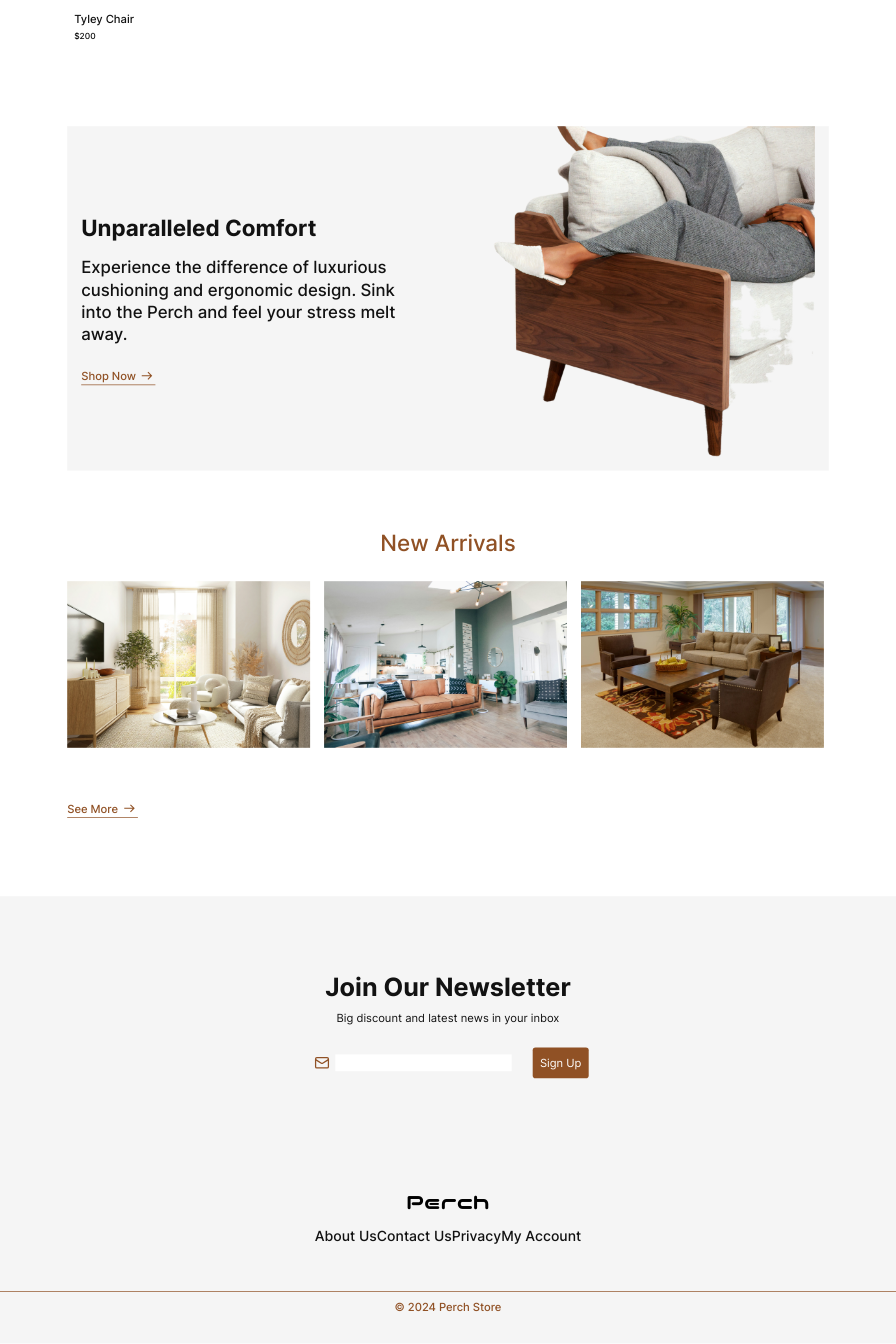
Repository: abdulmalikyusuf/HNG11-Stage02
Page: /
An editor plug-in stored every save of this project. The page is shown before and after the next save, followed by the edit.
The browser window is 1280 px wide. The pictures show the part of the page from y = 1885 to 3805 px (the page is 3805 px tall), at 70% of full size.
The project was rebuilt for these pictures with package versions that can differ from the ones it lists, and the page was loaded fresh each time. Also part of the build but not shown: vite.config.ts.

Above is the page before, as saved 2024-07-07 16:54:56.

### index.html
<!DOCTYPE html>
<html lang="en">
  <head>
    <meta charset="UTF-8" />
    <!-- <link rel="icon" type="image/svg+xml" href="/vite.svg" /> -->
    <meta name="viewport" content="width=device-width, initial-scale=1.0" />
    <title>Pearch E-Commerce App</title>
  </head>
  <body>
    <div id="root"></div>
    <script type="module" src="/src/main.tsx"></script>
  </body>
</html>

### src/App.tsx
import { createBrowserRouter, RouterProvider } from "react-router-dom";

import RootLayout from "@/routes/root";
import IndexPage from "@/routes";
import "./App.css";

const router = createBrowserRouter([
  {
    path: "/",
    element: <RootLayout />,
    // errorElement: <ErrorPage />,
    children: [
      {
        index: true,
        element: <IndexPage />,
      },
      {
        path: "cart",
        element: <p>Cart</p>,
      },
      {
        path: "checkout",
        element: <p>Checkout</p>,
      },
    ],
  },
]);

function App() {
  return <RouterProvider router={router} />;
}

export default App;

### src/index.css
:root {
  font-family: Inter, system-ui, Avenir, Helvetica, Arial, sans-serif;
  line-height: 1.5;
  font-weight: 400;

  color-scheme: light dark;
  /* color: rgba(255, 255, 255, 0.87);
  background-color: #242424; */

  font-synthesis: none;
  text-rendering: optimizeLegibility;
  -webkit-font-smoothing: antialiased;
  -moz-osx-font-smoothing: grayscale;
}
@font-face {
  font-family: Inter;
  src: url(fonts/Inter.ttf) format("truetype");
}
@font-face {
  font-family: SpaceGrotesk;
  src: url(fonts/SpaceGrotesk.ttf) format("truetype");
}
@font-face {
  font-family: NicoMoji;
  src: url(fonts/NicoMoji-Regular.ttf) format("truetype");
}

### src/routes/root.tsx
import { Outlet } from "react-router-dom";

import Footer from "@/components/footer";
import Header from "@/components/header";

function RootLayout() {
  return (
    <>
      <Header />
      <Outlet />
      <div className="flow-root">
        <Footer />
      </div>
    </>
  );
}

export default RootLayout;

### src/routes/index.tsx
import { Link } from "react-router-dom";

import ChairHero from "@/assets/img/83417461_Slipper -2 1.png";
import Chair1 from "@/assets/img/vertical-shot-wooden-chair-white 1.png";
import Chair2 from "@/assets/img/83419490_Wingback Chair -4.png";
import Chair3 from "@/assets/img/7043761_861.png";
import BannerImage from "@/assets/img/unsplash_348dJPXEFHk.png";
import MoreChairImage1 from "@/assets/img/unsplash_Kh4tedFdHz4.png";
import MoreChairImage2 from "@/assets/img/unsplash_L7EwHkq1B2s.png";
import MoreChairImage3 from "@/assets/img/unsplash_Gh_UjjYoVwk.png";

function IndexPage() {
  return (
    <>
      <div className="flex items-center gap-24 bg-[#F5F5F5] px-[100px] py-13">
        <div className="flex flex-col gap-24">
          <div className="text-6xl font-bold">
            <h2 className="text-black">Elevate Your</h2>
            <h2 className="uppercase text-primary">comfort</h2>
          </div>
          <div className="font-semibold text-xl leading-6 flex flex-col gap-6">
            <p className="">Want comfort and style? Perch is for you.</p>
            <p className="text-primary">See collection</p>
          </div>
        </div>
        <div className="flex-1">
          <img src={ChairHero} alt="A chair from pearch website" className="" />
        </div>
      </div>
      <div className="px-24 flex flex-col gap-20 mb-28">
        <div className="py-[88px]">
          <div className="grid grid-cols-2 grid-rows-2 items-stretch gap-x-5 gap-y-6">
            <div className="row-span-2">
              <div className="p-[30px] bg-miscellaneous flex flex-col">
                <div className="flex-1 flex flex-col gap-3">
                  <h5 className="text-[28px] font-semibold">Scandinavian</h5>
                  <Link
                    to=""
                    className="w-fit font-medium text-primary border-b border-primary inline-flex items-center gap-1"
                  >
                    Shop Now{" "}
                    <span className="">
                      <svg
                        xmlns="http://www.w3.org/2000/svg"
                        width="24"
                        height="25"
                        viewBox="0 0 24 25"
                        fill="none"
                      >
                        <mask
                          id="mask0_18_143"
                          style={{ maskType: "alpha" }}
                          maskUnits="userSpaceOnUse"
                          x="0"
                          y="0"
                          width="24"
                          height="25"
                        >
                          <rect y="0.5" width="24" height="24" fill="#D9D9D9" />
                        </mask>
                        <g mask="url(#mask0_18_143)">
                          <path
                            d="M13.8462 18.1538L12.7923 17.0693L16.6115 13.25H4.5V11.75H16.6115L12.7923 7.93075L13.8462 6.84625L19.5 12.5L13.8462 18.1538Z"
                            fill="#905125"
                          />
                        </g>
                      </svg>
                    </span>
                  </Link>
                </div>
                <div className="self-end -mt-20">
                  <img src={Chair1} alt="" className="" />
                </div>
              </div>
            </div>
            <div className="p-[30px] bg-miscellaneous flex items-end justify-between">
              <div className="flex-1 flex flex-col gap-3">
                <h5 className="text-[28px] font-semibold">Chesterfield</h5>
                <Link
                  to=""
                  className="w-fit font-medium text-primary border-b border-primary inline-flex items-center gap-1"
                >
                  Shop Now{" "}
                  <span className="">
                    <svg
                      xmlns="http://www.w3.org/2000/svg"
                      width="24"
                      height="25"
                      viewBox="0 0 24 25"
                      fill="none"
                    >
                      <mask
                        id="mask0_18_143"
                        style={{ maskType: "alpha" }}
                        maskUnits="userSpaceOnUse"
                        x="0"
                        y="0"
                        width="24"
                        height="25"
                      >
                        <rect y="0.5" width="24" height="24" fill="#D9D9D9" />
                      </mask>
                      <g mask="url(#mask0_18_143)">
                        <path
                          d="M13.8462 18.1538L12.7923 17.0693L16.6115 13.25H4.5V11.75H16.6115L12.7923 7.93075L13.8462 6.84625L19.5 12.5L13.8462 18.1538Z"
                          fill="#905125"
                        />
                      </g>
                    </svg>
                  </span>
                </Link>
              </div>
              <img src={Chair2} alt="" className="" />
            </div>
            <div className="p-[30px] bg-miscellaneous flex items-end justify-between">
              <div className="flex-1 flex flex-col gap-3">
                <h5 className="text-[28px] font-semibold">Denatti</h5>
                <Link
                  to=""
                  className="w-fit font-medium text-primary border-b border-primary inline-flex items-center gap-1"
                >
                  Shop Now{" "}
                  <span className="">
                    <svg
                      xmlns="http://www.w3.org/2000/svg"
                      width="24"
                      height="25"
                      viewBox="0 0 24 25"
                      fill="none"
                    >
                      <mask
                        id="mask0_18_143"
                        style={{ maskType: "alpha" }}
                        maskUnits="userSpaceOnUse"
                        x="0"
                        y="0"
                        width="24"
                        height="25"
                      >
                        <rect y="0.5" width="24" height="24" fill="#D9D9D9" />
                      </mask>
                      <g mask="url(#mask0_18_143)">
                        <path
                          d="M13.8462 18.1538L12.7923 17.0693L16.6115 13.25H4.5V11.75H16.6115L12.7923 7.93075L13.8462 6.84625L19.5 12.5L13.8462 18.1538Z"
                          fill="#905125"
                        />
                      </g>
                    </svg>
                  </span>
                </Link>
              </div>
              <img src={Chair3} alt="" className="" />
            </div>
          </div>
        </div>
        <div className="">
          <h4 className="capitalize text-32 text-center text-primary font-medium">
            new arrivals
          </h4>
          <div className="mt-[30px]">
            <div className="flex gap-5">
              <div className="py-10 px-2.5 flex flex-col gap-[30px]">
                <div className="">
                  <img src="" alt="" className="" />
                </div>
                <div className="flex flex-col gap-1.5 text-primary-label font-medium">
                  <p className="">Tyley Chair</p>
                  <small className="text-xs">$200</small>
                </div>
              </div>
            </div>
          </div>
        </div>
        <div className="px-5 bg-miscellaneous">
          <div className="flex items-center gap-16">
            <div className="flex-1 text-primary-label">
              <h4 className="text-32 font-bold">Unparalleled Comfort</h4>
              <p className="mt-4 text-2xl font-medium">
                Experience the difference of luxurious cushioning and ergonomic
                design. Sink into the Perch and feel your stress melt away.
              </p>
              <Link
                to=""
                className="mt-[30px] w-fit font-medium text-primary border-b border-primary inline-flex items-center gap-1"
              >
                Shop Now{" "}
                <span className="">
                  <svg
                    xmlns="http://www.w3.org/2000/svg"
                    width="24"
                    height="25"
                    viewBox="0 0 24 25"
                    fill="none"
                  >
                    <mask
                      id="mask0_18_143"
                      style={{ maskType: "alpha" }}
                      maskUnits="userSpaceOnUse"
                      x="0"
                      y="0"
                      width="24"
                      height="25"
                    >
                      <rect y="0.5" width="24" height="24" fill="#D9D9D9" />
                    </mask>
                    <g mask="url(#mask0_18_143)">
                      <path
                        d="M13.8462 18.1538L12.7923 17.0693L16.6115 13.25H4.5V11.75H16.6115L12.7923 7.93075L13.8462 6.84625L19.5 12.5L13.8462 18.1538Z"
                        fill="#905125"
                      />
                    </g>
                  </svg>
                </span>
              </Link>
            </div>
            <div className="flex-1">
              <img src={BannerImage} alt="" className="" />
            </div>
          </div>
        </div>

        <div className="">
          <h4 className="capitalize text-32 text-center text-primary font-medium">
            new arrivals
          </h4>
          <div className="mt-[30px] flex gap-5">
            {[MoreChairImage1, MoreChairImage2, MoreChairImage3].map(
              (img, i) => (
                <div key={`product-image-${i}`} className="">
                  <img src={img} alt="" className="" />
                </div>
              )
            )}
          </div>
          <div className="mt-11">
            <Link
              to=""
              className="mt-[30px] w-fit font-medium text-primary border-b border-primary inline-flex items-center gap-1"
            >
              See More{" "}
              <span className="">
                <svg
                  xmlns="http://www.w3.org/2000/svg"
                  width="24"
                  height="25"
                  viewBox="0 0 24 25"
                  fill="none"
                >
                  <mask
                    id="mask0_18_143"
                    style={{ maskType: "alpha" }}
                    maskUnits="userSpaceOnUse"
                    x="0"
                    y="0"
                    width="24"
                    height="25"
                  >
                    <rect y="0.5" width="24" height="24" fill="#D9D9D9" />
                  </mask>
                  <g mask="url(#mask0_18_143)">
                    <path
                      d="M13.8462 18.1538L12.7923 17.0693L16.6115 13.25H4.5V11.75H16.6115L12.7923 7.93075L13.8462 6.84625L19.5 12.5L13.8462 18.1538Z"
                      fill="#905125"
                    />
                  </g>
                </svg>
              </span>
            </Link>
          </div>
        </div>
      </div>
    </>
  );
}

export default IndexPage;

### src/components/footer.tsx
import React from "react";
import { Icons } from "./icons";

function Footer() {
  return (
    <footer className="py-[30px] bg-miscellaneous px-24 h[80vh] flex flex-col justify-between gap-16">
      <div className="flex flex-col items-center gap-[30px] py-20 border-primary border-dashed">
        <div className="text-center text-primary-label">
          <h3 className="text-4xl font-bold">Join Our Newsletter</h3>
          <p className="mt-3">Big discount and latest news in your inbox</p>
        </div>
        <div className="flex gap-5">
          <div className="flex items-center gap-2 p-2.5">
            <Icons.mail className="size-[22px] stroke-primary" />
            <input
              type="email"
              name=""
              id=""
              className="text-[rgba(18,_18,_18,_0.50)] font-medium"
            />
          </div>
          <button
            type="submit"
            className="bg-primary rounded p-2.5 capitalize text-white"
          >
            sign up
          </button>
        </div>
      </div>
      <div className="flex flex-col gap-1 items-center">
        <h4 className="py-2 text-32 text-label-primary font-nico-moji">
          Perch
        </h4>
        <ul className="flex text-xl font-medium text-primary-label">
          <li className="">About Us</li>
          <li className="">Contact Us</li>
          <li className="">Privacy</li>
          <li className="">My Account</li>
        </ul>
      </div>
      <div className="py-2.5 -mx-24 border-t border-primary text-center">
        <p className="font-medium text-primary">© 2024 Perch Store</p>
      </div>
    </footer>
  );
}

export default Footer;

### src/components/header.tsx
import { cn } from "@/lib/utils";
import { Icons } from "@/components/icons";
import { Link } from "react-router-dom";
import { CartButton } from "./cart-button";

function Header() {
  return (
    <header
      className={cn(
        "h-[46px] md:h-[68px] relative flex items-center justify-between px-4 md:px-[52px]",
        "bg-[#F5F5F5] border-transparent text-black-900 [--logo-fill:#121212]"
      )}
    >
      <div className="flex items-center justify-center gap-3 md:gap-6">
        <button type="button" className="md:hidden">
          <Icons.hamburgerMenu className="size-[26px] md:size-7" />
        </button>
        <Link to="/" className="py-2">
          <span className="text-[32px] leading-normal text-primary-label font-nico-moji capitalize">
            pearch
          </span>
        </Link>
      </div>
      <div className="hidden md:flex justify-center">
        <ul className="flex gap-10">
          {["Home", "Shop", "Products", "Pages"].map((menu) => (
            <li key={menu}>
              <span
                className={cn(
                  "flex items-center justify-center w-fit hover:border-b font-space-grotesk transition-colors focus-visible:outline-none focus-visible:ring-1 focus-visible:ring-ring disabled:pointer-events-none",
                  "gap-0.5 button-xs",
                  "text-black-900 hover:text-black-400 disabled:text-black-700"
                )}
              >
                {menu}{" "}
                <Icons.chevronDown
                  className="size-[18px] relative top-[1px] transition-transform duration-200 ease-in group-data-[state=open]:-rotate-180"
                  aria-hidden
                />
              </span>
            </li>
          ))}

          {/* <NavigationMenu.Link
                  className={cn(
                    "hover:border-b font-space-grotesk transition-colors focus-visible:outline-none focus-visible:ring-1 focus-visible:ring-ring disabled:pointer-events-none",
                    "gap-0.5 button-xs",
                    "text-black-900 hover:text-black-400 disabled:text-black-700"
                  )}
                  href="https://github.com/radix-ui"
                >
                  {menu.title}{" "}
                </NavigationMenu.Link> */}
        </ul>
      </div>
      <div className="flex gap-5 items-center">
        <button type="button" className="hidden md:inline-flex size-7">
          <Icons.search className="" />
        </button>
        <button className="hidden md:inline-flex size-7">
          <Icons.user className="" />
        </button>
        <CartButton numOfItems={2} />
      </div>
    </header>
  );
}

export default Header;

### src/lib/utils.ts
import { type ClassValue, clsx } from "clsx";
import { twMerge } from "tailwind-merge";

export function cn(...inputs: ClassValue[]) {
	return twMerge(clsx(inputs));
}
export function formatPrice(
	price: number | string,
	currency: "USD" | "EUR" | "GBP" | "BDT" = "USD",
	notation: "compact" | "engineering" | "scientific" | "standard" = "standard",
) {
	return new Intl.NumberFormat("en-US", {
		style: "currency",
		currency,
		notation,
	}).format(Number(price));
}

export function arrayRange(start: number, stop: number, step: number) {
	return Array.from(
		{ length: (stop - start) / step + 1 },
		(value, index) => start + index * step,
	);
}

### src/components/cart-button.tsx
import { forwardRef, type ButtonHTMLAttributes } from "react";
import { Slot } from "@radix-ui/react-slot";

import { cn } from "@/lib/utils";
import { Icons } from "@/components/icons";

export interface CartButtonProps
  extends ButtonHTMLAttributes<HTMLButtonElement> {
  numOfItems: number;
  asChild?: boolean;
}

const CartButton = forwardRef<HTMLButtonElement, CartButtonProps>(
  ({ numOfItems, asChild, ...props }, ref) => {
    const Comp = asChild ? Slot : "button";
    return (
      <Comp
        ref={ref}
        {...props}
        type="button"
        className="inline-flex items-center gap-0.5 w-[50px] h-[26px] sm:h-7"
      >
        <Icons.cart className="size-[26px] sm:size-7 text-[var(--icon-colour)]" />
        <span
          className={cn(
            "inline-flex items-center justify-center size-5 rounded-full text-xs leading-[10px] font-inter font-bold",
            "bg-primary text-white [--icon-colour:var(--black-900)]"
          )}
        >
          {numOfItems}
        </span>
      </Comp>
    );
  }
);

CartButton.displayName = "CartButton";

export { CartButton };

### tailwind.config.ts
import { Config } from "tailwindcss";

export default {
  content: ["./index.html", "./src/**/*.{js,ts,jsx,tsx}"],
  theme: {
    fontFamily: {
      "space-grotesk": ["SpaceGrotesk"],
      inter: ["Inter"],
      "nico-moji": ["NicoMoji"],
    },
    extend: {
      padding: {
        13: "52px",
      },
      fontSize: {
        32: "32px",
      },
      colors: {
        primary: {
          DEFAULT: "#905125",
          label: "#121212",
        },
        miscellaneous: "#F5F5F5",
      },
    },
  },
  plugins: [],
} satisfies Config;

Loaded but not shown: src/main.tsx (common file); src/App.css (common file); src/components/icons.tsx (297 lines, source omitted)

After the next save:
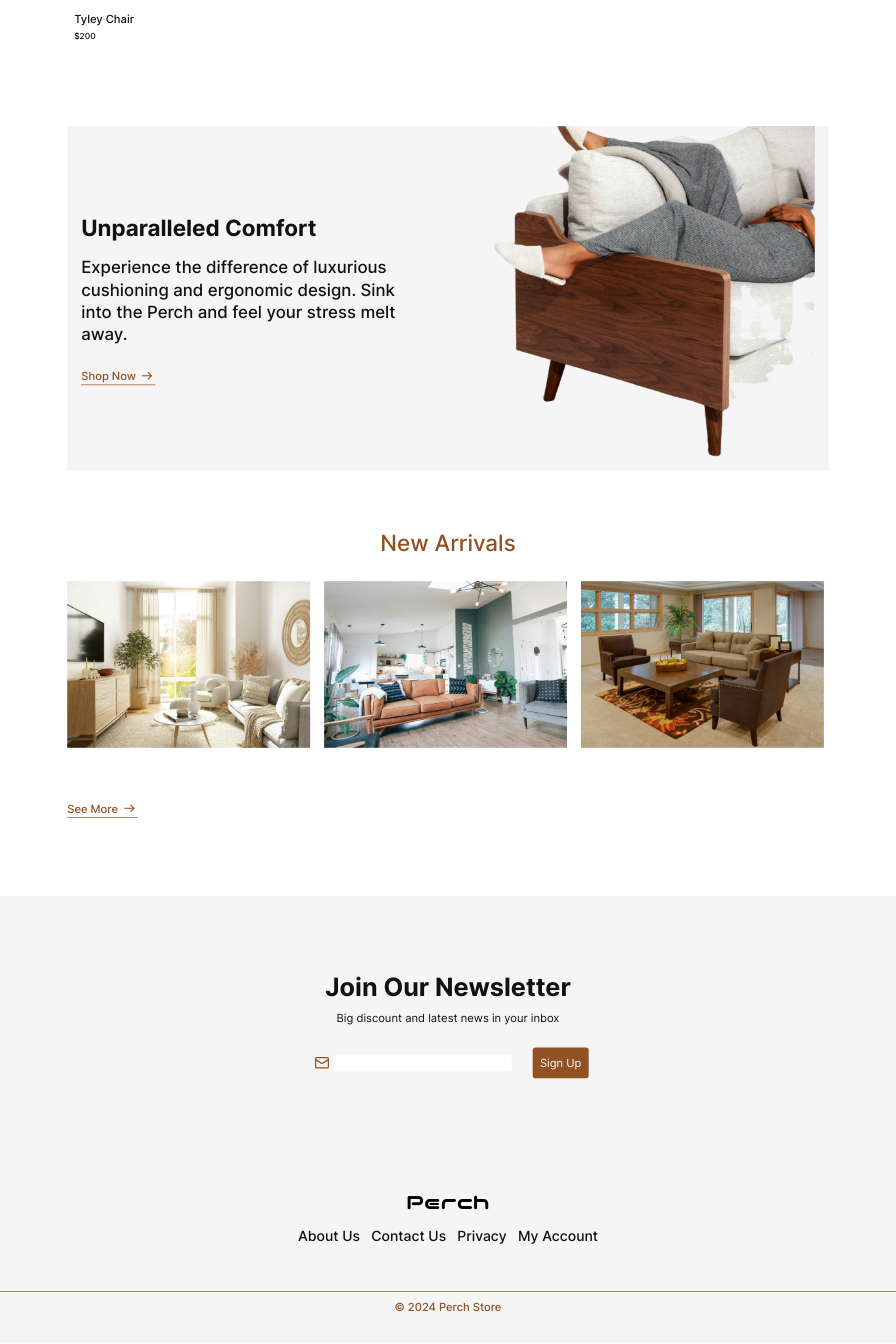
Saved 6 s later.
--- a/src/components/footer.tsx
+++ b/src/components/footer.tsx
@@ -31,7 +31,7 @@
         <h4 className="py-2 text-32 text-label-primary font-nico-moji">
           Perch
         </h4>
-        <ul className="flex text-xl font-medium text-primary-label">
+        <ul className="flex gap-4 text-xl font-medium text-primary-label">
           <li className="">About Us</li>
           <li className="">Contact Us</li>
           <li className="">Privacy</li>
